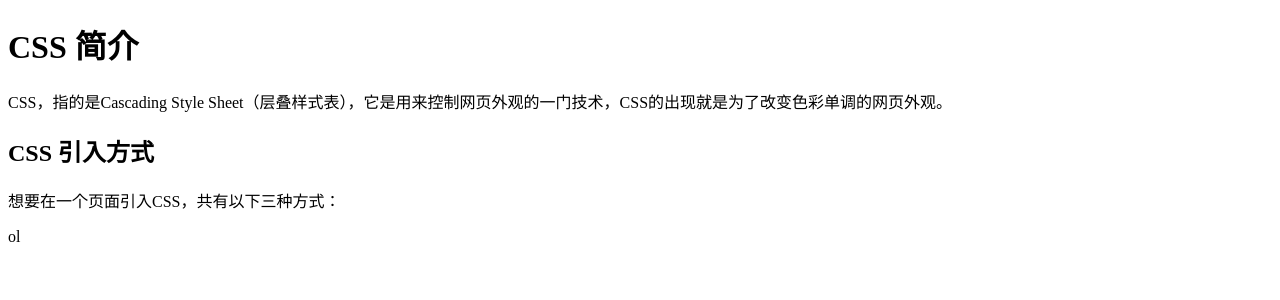
Repository: liang-n/front-end-basics
Page: 11-CSS简介.html
The author's editor kept a copy of each file at every save. The page is drawn from the files as they stood at one save, then again after a run of saves.
The browser window is 1280 px wide. The pictures show the whole page.

Above is the page before, as saved 2022-05-15 20:35:35.

### 11-CSS简介.html
<!DOCTYPE html>

<head>
    <meta charset="UTF-8">
    <title>11-CSS简介</title>
</head>

<body>
    <h1>CSS 简介</h1>

    <p>CSS，指的是Cascading Style Sheet（层叠样式表），它是用来控制网页外观的一门技术，CSS的出现就是为了改变色彩单调的网页外观。</p>

    <h2>CSS 引入方式</h2>

    <p>想要在一个页面引入CSS，共有以下三种方式：</p>
    ol
</body>

</html>

After the next 5 saves:
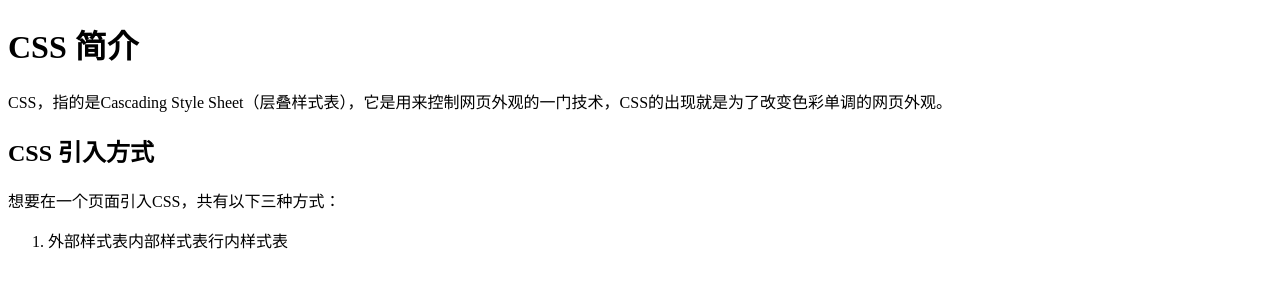
The 5 saves are shown as one change because they came seconds apart.
The last was saved 11 s later.
--- a/11-CSS简介.html
+++ b/11-CSS简介.html
@@ -13,7 +13,9 @@
     <h2>CSS 引入方式</h2>
 
     <p>想要在一个页面引入CSS，共有以下三种方式：</p>
-    ol
+    <ol>
+        <li>外部样式表内部样式表行内样式表</li>
+    </ol>
 </body>
 
 </html>
